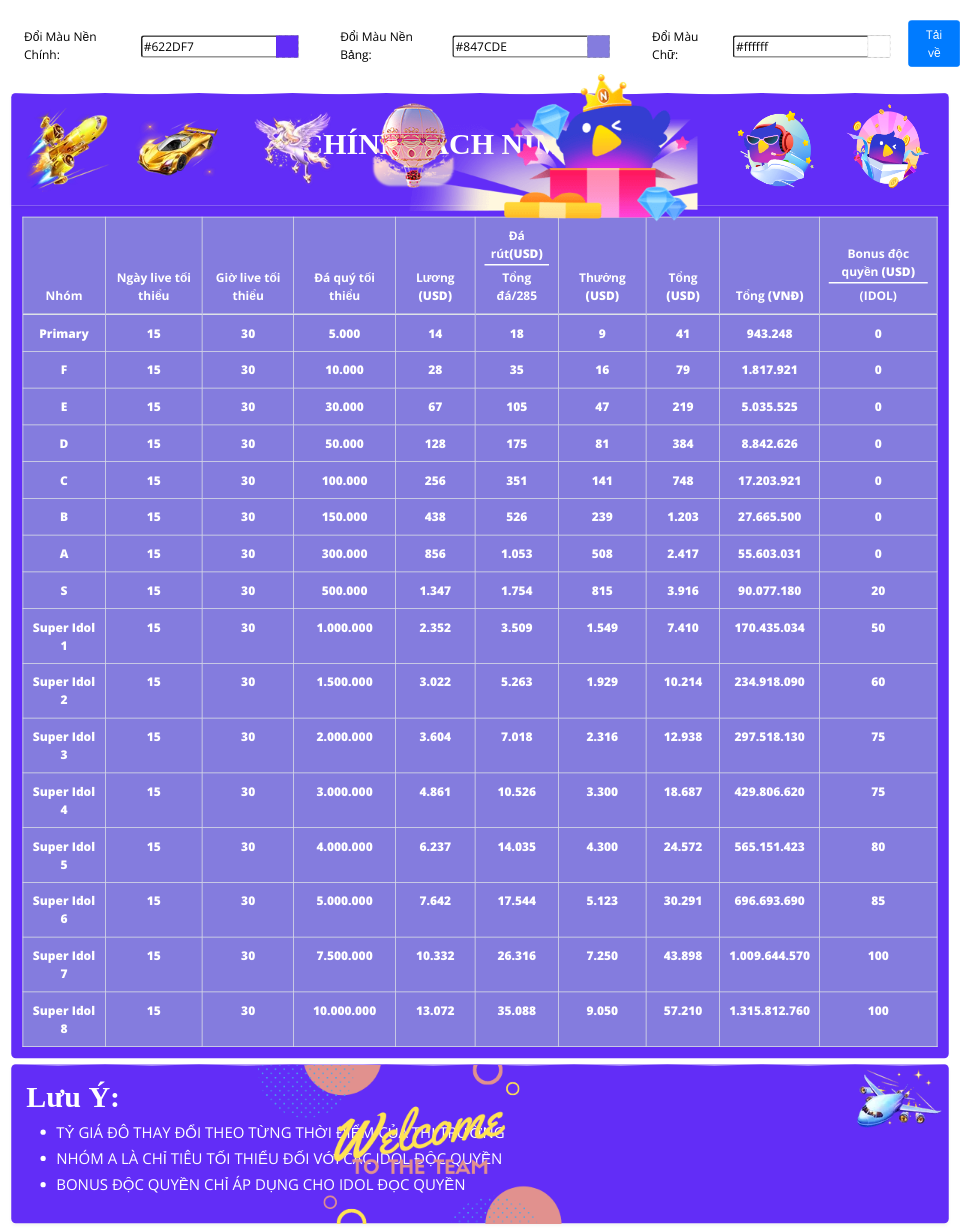
Repository: dav1601/nimo-work
Page: index.html
These files come from the project's save history. The page is drawn as it stood at one moment and after the next save; the edit follows.
The browser window is 1280 px wide. The pictures show the whole page, at 75% of full size.

Above is the page before, as saved 2022-04-15 15:09:23.

### index.html
<!DOCTYPE html>
<html lang="en">

<head>
    <meta charset="UTF-8">
    <meta http-equiv="X-UA-Compatible" content="IE=edge">
    <meta name="viewport" content="width=device-width, initial-scale=1.0">
    <link rel="stylesheet" href="https://cdn.jsdelivr.net/npm/bootstrap@4.6.1/dist/css/bootstrap.min.css"
        integrity="sha384-zCbKRCUGaJDkqS1kPbPd7TveP5iyJE0EjAuZQTgFLD2ylzuqKfdKlfG/eSrtxUkn" crossorigin="anonymous">
    <link rel="stylesheet" href="./Coloris-main/dist/coloris.min.css">
    <script src="https://cdn.jsdelivr.net/npm/jquery@3.5.1/dist/jquery.slim.min.js"
        integrity="sha384-DfXdz2htPH0lsSSs5nCTpuj/zy4C+OGpamoFVy38MVBnE+IbbVYUew+OrCXaRkfj"
        crossorigin="anonymous"></script>
    <script src="https://cdn.jsdelivr.net/npm/popper.js@1.16.1/dist/umd/popper.min.js"
        integrity="sha384-9/reFTGAW83EW2RDu2S0VKaIzap3H66lZH81PoYlFhbGU+6BZp6G7niu735Sk7lN"
        crossorigin="anonymous"></script>
    <script src="https://cdn.jsdelivr.net/npm/bootstrap@4.6.1/dist/js/bootstrap.min.js"
        integrity="sha384-VHvPCCyXqtD5DqJeNxl2dtTyhF78xXNXdkwX1CZeRusQfRKp+tA7hAShOK/B/fQ2"
        crossorigin="anonymous"></script>
    <script src="https://cdnjs.cloudflare.com/ajax/libs/jquery/3.6.0/jquery.min.js"
        integrity="sha512-894YE6QWD5I59HgZOGReFYm4dnWc1Qt5NtvYSaNcOP+u1T9qYdvdihz0PPSiiqn/+/3e7Jo4EaG7TubfWGUrMQ=="
        crossorigin="anonymous" referrerpolicy="no-referrer"></script>
    <script src="https://cdnjs.cloudflare.com/ajax/libs/html2canvas/1.4.1/html2canvas.min.js"
        integrity="sha512-BNaRQnYJYiPSqHHDb58B0yaPfCu+Wgds8Gp/gU33kqBtgNS4tSPHuGibyoeqMV/TJlSKda6FXzoEyYGjTe+vXA=="
        crossorigin="anonymous" referrerpolicy="no-referrer"></script>
    <script src="./Coloris-main/dist/coloris.min.js"></script>


    <title>Chính sách Nimo</title>
</head>

<body>
    <script>
        $(function () {
            $("#color-1").val("#622DF7");
            $("#color-2").val("#847CDE");
            $("#color-3").val("#ffffff");
            $(document).on('keyup', "#color-1", function () {
                document.documentElement.style.setProperty('--bg-main', $(this).val());
            });
            $(document).on('change', "#color-1", function () {
                document.documentElement.style.setProperty('--bg-main', $(this).val());
            });
            $(document).on('change', "#color-2", function () {
                document.documentElement.style.setProperty('--bg-table', $(this).val());
            });
            $(document).on('change', "#color-3", function () {
                document.documentElement.style.setProperty('--text-color', $(this).val());
            });
            Coloris({
                el: '.coloris',
                format: 'hex',
                theme: 'large',
                themeMode: 'dark',
                clearButton: {
                    show: true,
                    label: 'Clear'
                },
            });
            const main = document.documentElement.style.setProperty('--bg-main', '#622DF7');
            const table = document.documentElement.style.setProperty('--bg-table', '#847CDE');
            const text = document.documentElement.style.setProperty('--text-color', '#ffffff');
            $("#down").click(function () {
                html2canvas(document.getElementById("export")).then(function (canvas) {
                    var anchorTag = document.createElement("a");
                    document.body.appendChild(anchorTag);
                    anchorTag.download = "nimo-thuy-do.png";
                    anchorTag.href = canvas.toDataURL();
                    anchorTag.target = '_blank';
                    anchorTag.click();
                });
            });
        });
    </script>
    <style>
        @import url('https://fonts.googleapis.com/css2?family=Open+Sans:ital,wght@0,300;0,400;0,500;0,600;0,700;0,800;1,300;1,400;1,500;1,600;1,700;1,800&display=swap');
        @import url('https://fonts.googleapis.com/css2?family=Montserrat:ital,wght@0,100;0,200;0,300;0,400;0,500;0,600;0,700;0,800;0,900;1,100;1,200;1,300;1,400;1,500;1,600;1,700;1,800&display=swap');
        @import url('https://fonts.googleapis.com/css2?family=Pacifico&display=swap');

        :root {
            --bg-main: #622DF7;
            --bg-table: #847CDE;
            --text-color: #ffffff;
        }

        body {
            color: var(--text-color);
            font-family: 'Open Sans', sans-serif;

        }



        h1 {
            font-family: 'Monument', cursive;
            font-weight: 900;
        }

        header {
            height: auto;
            /* overflow: hidden; */
            padding: 20px;
            background: var(--bg-main);
            height: 150px;
            box-shadow: 0 3px 5px rgba(0, 0, 0, 0.05);
            border-top-left-radius: 6px;
            border-top-right-radius: 6px;
            position: relative;
        }

        footer {
            height: auto;
            padding: 20px;
            background: var(--bg-main);
            box-shadow: 0 3px 5px rgba(0, 0, 0, 0.05);
            border-radius: 6px;
            position: relative;
        }

        .img-1 {
            top: 20px;
        }

        .img-2 {
            right: 25px;
            top: 15px;
        }

        .img-3 {
            left: 165px;
            top: 20px;
        }

        .img-4 {
            right: 174px;
            top: 20px;
        }

        .img-5 {
            left: 320px;
            top: 15px;
        }

        .img-6 {
            left: 480px;
            top: 14px;
        }

        .img-7 {
            right: 335px;
            top: -25px;
        }

        .nimo-9 {
            right: 10px;
            top: -15px;
        }

        .nimo-10 {
            right: 60px;
            top: 1px;
        }

        .table {
            color: var(--text-color);
            background: var(--bg-table);
            font-family: 'Open Sans', sans-serif;
            text-align: center;
            font-size: 16px;
            font-weight: 900;
        }

        li {
            font-size: 20px;
            text-transform: uppercase;
            margin-bottom: 5px;
        }

        header:before,
        header:after,
        footer:before,
        footer:after {
            content: "";
            height: 2px;
            position: absolute;
            left: 0;
            right: 0;
            clip-path: polygon(0% 0%, 5% 100%, 10% 0%, 15% 100%, 20% 0%, 25% 100%, 30% 0%, 35% 100%, 40% 0%, 45% 100%, 50% 0%, 55% 100%, 60% 0%, 65% 100%, 70% 0%, 75% 100%, 80% 0%, 85% 100%, 90% 0%, 95% 100%, 100% 0%);
            ;
        }

        header:before,
        footer:before {
            background-color: var(--text-color);
            top: 0;
        }

        /* header:after,
        footer::after {
            background-color: #622DF7;
            bottom: -1px;
        } */
        label {
            color: black;
        }

        input {
            border-radius: 4px;
            outline: none;
            border-color: none;
        }

        #table {
            padding: 15px;
            background: var(--bg-main);
            border-bottom-left-radius: 6px;
            border-bottom-right-radius: 6px;
        }
    </style>
    <div id="wrapper">
        <div class="d-flex justify-content-center align-items-center my-2">
            <div class="form-group mx-4 mt-4 d-flex align-items-center justify-content-center ">
                <label for="1" class="mx-2 d-block mt-1">Đổi Màu Nền Chính:</label>
                <input type="text" class="coloris" id="color-1" value="" />
            </div>
            <div class="form-group mx-4 mt-4 d-flex align-items-center justify-content-center ">
                <label for="2" class="mx-2 d-block mt-1">Đổi Màu Nền Bảng:</label>
                <input type="text" id="color-2" class="coloris" value="" />
            </div>
            <div class="form-group mx-4 mt-4 d-flex align-items-center justify-content-center ">
                <label for="3" class="mx-2 d-block mt-1">Đổi Màu Chữ:</label>
                <input type="text" id="color-3" class="coloris" value="" />
            </div>
            <button type="button" class="btn btn-primary" id="down">Tải về</button>
        </div>
        <div class="container-fluid py-2" id="export">
            <header>
                <div class="img-2 position-absolute">
                    <img src="img/img-5.png" alt="" width="112" height="112">
                </div>
                <div class="img-1 position-absolute">
                    <img src="img/img-1.webp" alt="">
                </div>
                <div class="img-5 position-absolute">
                    <img src="img/img-3.webp" alt="">
                </div>
                <div class="img-6 position-absolute">
                    <img src="img/img-7.png" alt="">
                </div>
                <div class="img-3 position-absolute">
                    <img src="img/img-2.webp" alt="" width="112" height="112">
                </div>
                <div class="img-4 position-absolute">
                    <img src="img/img-4.png" alt="" width="112" height="112">
                </div>
                <div class="img-7 position-absolute">
                    <img src="img/img-6.png" alt="">
                </div>
                <div class="d-flex justify-content-center align-items-center">
                    <h1 class="text-center text-uppercase  mt-4 d-inline-block" style="margin-right: 6rem!important;">
                        Chính sách Nimo</h1>
                </div>
            </header>
            <div id="table">
                <table class="table table-bordered mb-0">
                    <thead>
                        <tr>
                            <th scope="col">Nhóm</th>
                            <th scope="col">Ngày live tối thiểu</th>
                            <th scope="col">Giờ live tối thiểu</th>
                            <th scope="col">Đá quý tối thiểu</th>
                            <th scope="col">Lương <strong>(USD)</strong></th>
                            <th scope="col" class=""><span class="d-block mb-1"
                                    style="border-bottom: 2px solid var(--text-color); padding-bottom: 2px ;">Đá
                                    rút<strong>(USD)</strong></span><span>Tổng đá/285</span>
                            </th>
                            <th scope="col">Thưởng <strong>(USD)</strong></th>
                            <th scope="col">Tổng <strong>(USD)</strong></th>
                            <th scope="col">Tổng <strong>(VNĐ)</strong></th>
                            <th scope="col" class=""><span class="d-block mb-1"
                                    style="border-bottom: 2px solid var(--text-color); padding-bottom: 2px ;">Bonus độc
                                    quyền <strong>(USD)</strong></span><span>(IDOL)</span></th>
                        </tr>
                    </thead>
                    <tbody>
                        <tr>
                            <td>Primary</td>
                            <td>15</td>
                            <td>30</td>
                            <td>5.000</td>
                            <td>14</td>
                            <td>18</td>
                            <td>9</td>
                            <td>41</td>
                            <td>943.248</td>
                            <td>0</td>
                        </tr>
                        <tr>
                            <td>F</td>
                            <td>15</td>
                            <td>30</td>
                            <td>10.000</td>
                            <td>28</td>
                            <td>35</td>
                            <td>16</td>
                            <td>79</td>
                            <td>1.817.921</td>
                            <td>0</td>
                        </tr>
                        <tr>
                            <td>E</td>
                            <td>15</td>
                            <td>30</td>
                            <td>30.000</td>
                            <td>67</td>
                            <td>105</td>
                            <td>47</td>
                            <td>219</td>
                            <td>5.035.525</td>
                            <td>0</td>
                        </tr>
                        <tr>
                            <td>D</td>
                            <td>15</td>
                            <td>30</td>
                            <td>50.000</td>
                            <td>128</td>
                            <td>175</td>
                            <td>81</td>
                            <td>384</td>
                            <td>8.842.626</td>
                            <td>0</td>
                        </tr>
                        <tr>
                            <td>C</td>
                            <td>15</td>
                            <td>30</td>
                            <td>100.000</td>
                            <td>256</td>
                            <td>351</td>
                            <td>141</td>
                            <td>748</td>
                            <td>17.203.921</td>
                            <td>0</td>
                        </tr>
                        <tr>
                            <td>B</td>
                            <td>15</td>
                            <td>30</td>
                            <td>150.000</td>
                            <td>438</td>
                            <td>526</td>
                            <td>239</td>
                            <td>1.203</td>
                            <td>27.665.500</td>
                            <td>0</td>
                        </tr>
                        <tr>
                            <td>A</td>
                            <td>15</td>
                            <td>30</td>
                            <td>300.000</td>
                            <td>856</td>
                            <td>1.053</td>
                            <td>508</td>
                            <td>2.417</td>
                            <td>55.603.031</td>
                            <td>0</td>
                        </tr>
                        <tr>
                            <td>S</td>
                            <td>15</td>
                            <td>30</td>
                            <td>500.000</td>
                            <td>1.347</td>
                            <td>1.754</td>
                            <td>815</td>
                            <td>3.916</td>
                            <td>90.077.180</td>
                            <td>20</td>
                        </tr>
                        <tr>
                            <td class="sp">Super Idol 1</td>
                            <td>15</td>
                            <td>30</td>
                            <td>1.000.000</td>
                            <td>2.352</td>
                            <td>3.509</td>
                            <td>1.549</td>
                            <td>7.410</td>
                            <td>170.435.034</td>
                            <td>50</td>
                        </tr>
                        <tr>
                            <td class="sp">Super Idol 2</td>
                            <td>15</td>
                            <td>30</td>
                            <td>1.500.000</td>
                            <td>3.022</td>
                            <td>5.263</td>
                            <td>1.929</td>
                            <td>10.214</td>
                            <td>234.918.090</td>
                            <td>60</td>
                        </tr>
                        <tr>
                            <td class="sp">Super Idol 3</td>
                            <td>15</td>
                            <td>30</td>
                            <td>2.000.000</td>
                            <td>3.604</td>
                            <td>7.018</td>
                            <td>2.316</td>
                            <td>12.938</td>
                            <td>297.518.130</td>
                            <td>75</td>
                        </tr>
                        <tr>
                            <td class="sp">Super Idol 4</td>
                            <td>15</td>
                            <td>30</td>
                            <td>3.000.000</td>
                            <td>4.861</td>
                            <td>10.526</td>
                            <td>3.300</td>
                            <td>18.687</td>
                            <td>429.806.620</td>
                            <td>75</td>
                        </tr>
                        <tr>
                            <td class="sp">Super Idol 5</td>
                            <td>15</td>
                            <td>30</td>
                            <td>4.000.000</td>
                            <td>6.237</td>
                            <td>14.035</td>
                            <td>4.300</td>
                            <td>24.572</td>
                            <td>565.151.423</td>
                            <td>80</td>
                        </tr>
                        <tr>
                            <td class="sp">Super Idol 6</td>
                            <td>15</td>
                            <td>30</td>
                            <td>5.000.000</td>
                            <td>7.642</td>
                            <td>17.544</td>
                            <td>5.123</td>
                            <td>30.291</td>
                            <td>696.693.690</td>
                            <td>85</td>
                        </tr>
                        <tr>
                            <td class="sp">Super Idol 7</td>
                            <td>15</td>
                            <td>30</td>
                            <td>7.500.000</td>
                            <td>10.332</td>
                            <td>26.316</td>
                            <td>7.250</td>
                            <td>43.898</td>
                            <td>1.009.644.570</td>
                            <td>100</td>
                        </tr>
                        <tr>
                            <td class="sp">Super Idol 8</td>
                            <td>15</td>
                            <td>30</td>
                            <td>10.000.000</td>
                            <td>13.072</td>
                            <td>35.088</td>
                            <td>9.050</td>
                            <td>57.210</td>
                            <td>1.315.812.760</td>
                            <td>100</td>
                        </tr>


                    </tbody>
                </table>
            </div>
            <footer class="mt-2">
                <div class="nimo-9 position-absolute">
                    <img src="img/img-8.webp" alt="">
                </div>
                <div class="nimo-10 position-absolute">
                    <img src="img/img-9.png" alt="">
                </div>
                <h1>Lưu Ý:</h1>
                <ul>
                    <li>Tỷ giá đô thay đổi theo từng thời điểm của thị trường</li>
                    <li>Nhóm A là chỉ tiêu tối thiểu đối với các idol độc quyền</li>
                    <li>Bonus độc quyền chỉ áp dụng cho idol đọc quyền</li>
                </ul>
            </footer>
        </div>
    </div>

</body>


</html>

Loaded but not shown: Coloris-main/dist/coloris.min.css (library); Coloris-main/dist/coloris.min.js (library)

After the next save:
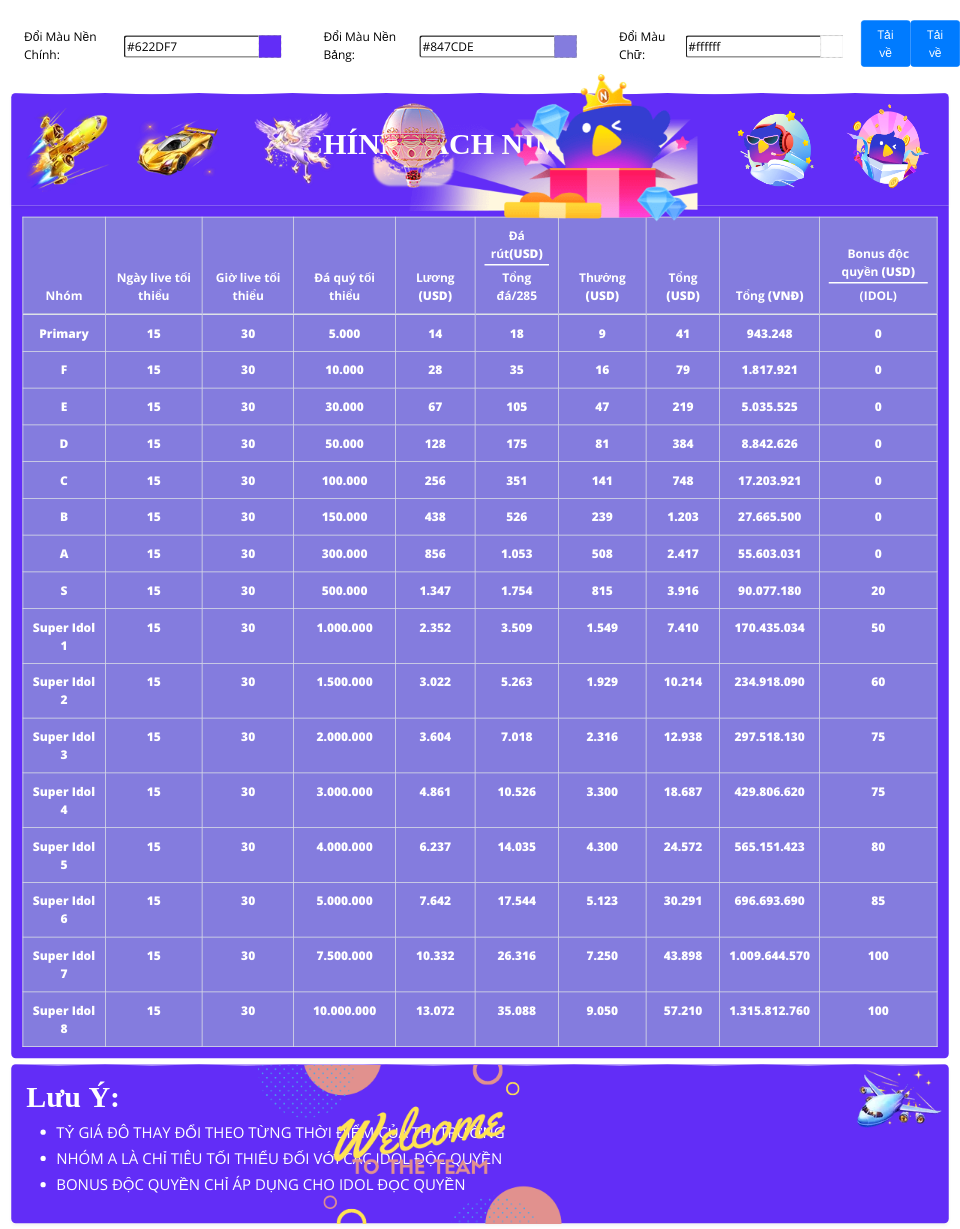
Saved 96 s later.
--- a/index.html
+++ b/index.html
@@ -232,6 +232,7 @@
                 <input type="text" id="color-3" class="coloris" value="" />
             </div>
             <button type="button" class="btn btn-primary" id="down">Tải về</button>
+            <button type="button" class="btn btn-primary" id="down">Tải về</button>
         </div>
         <div class="container-fluid py-2" id="export">
             <header>
